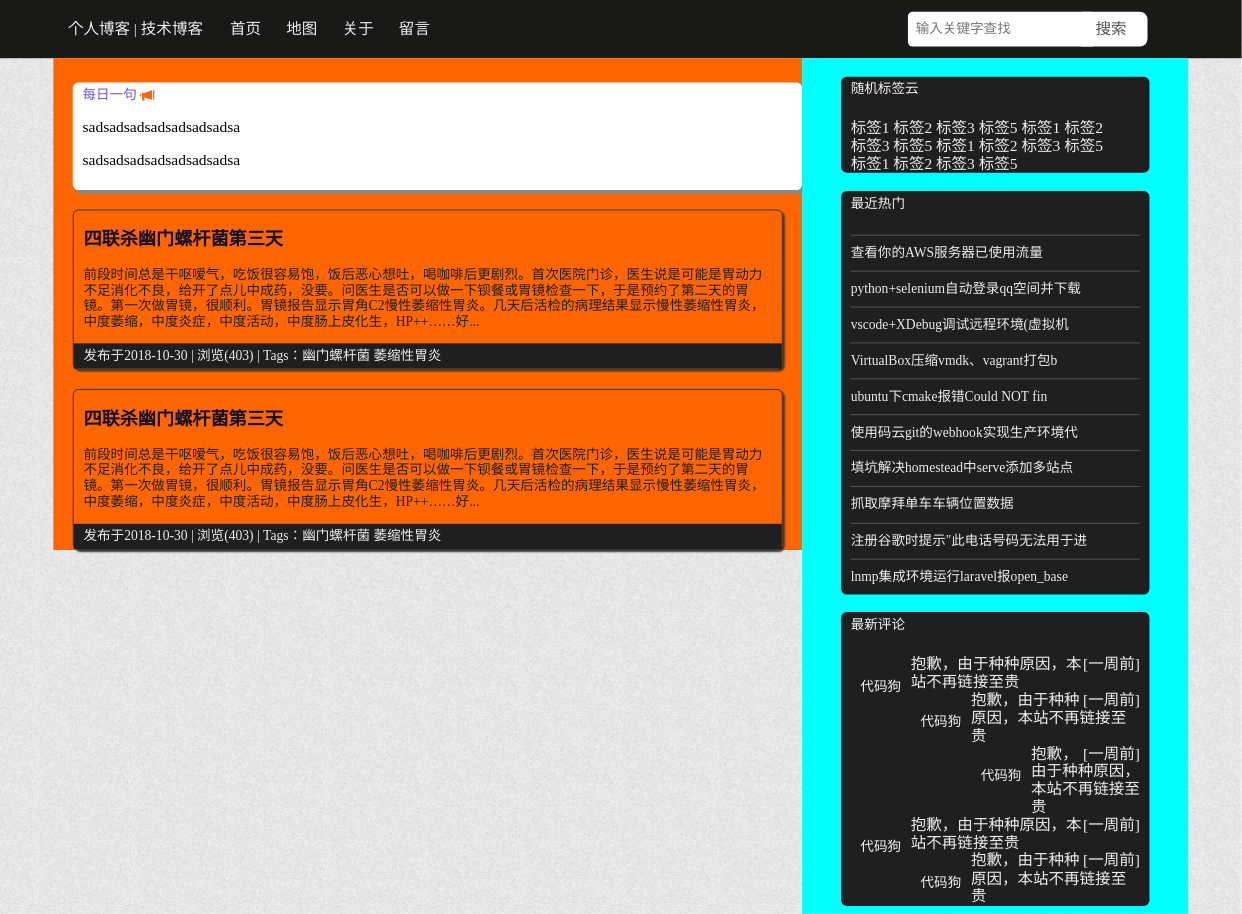
Repository: li1214/my_blog
Page: page/index.html
An editor plug-in stored every save of this project. The page is shown before and after the next save, followed by the edit.
The browser window is 1280 px wide. The pictures show the whole page, at 97% of full size.

Above is the page before, as saved 2019-01-04 11:04:39.

After the next save:
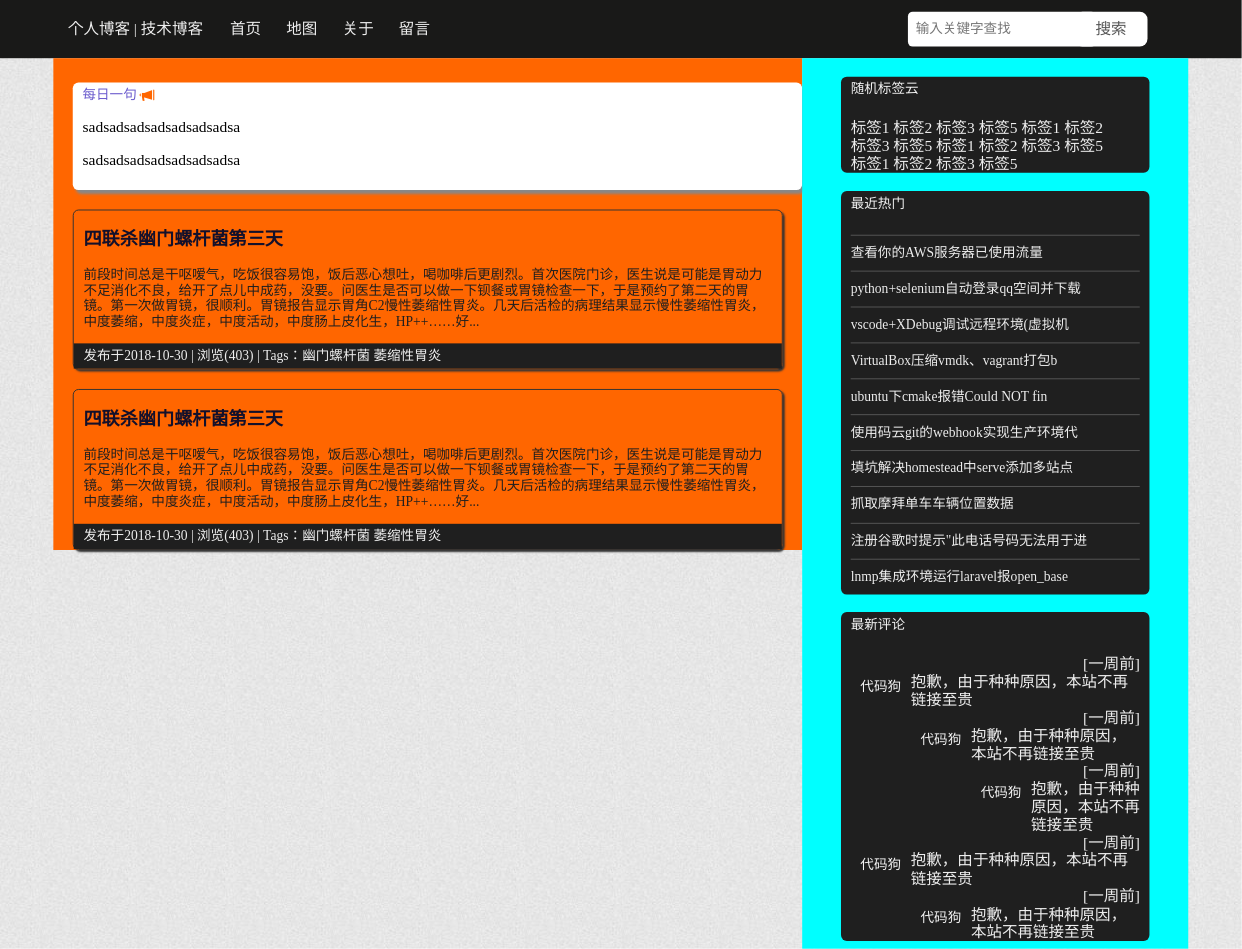
Saved 59 s later.
--- a/page/css/base.css
+++ b/page/css/base.css
@@ -286,6 +286,12 @@
     color: #eee;
     padding: 10px 0;
 }
+.right-box .item .item-title::after{
+    display: inline-block;
+    content: '';
+    clear: both;
+    overflow: hidden;
+}
 .right-box .item .item-title h4{
     float: left;
 }

After the save that followed:
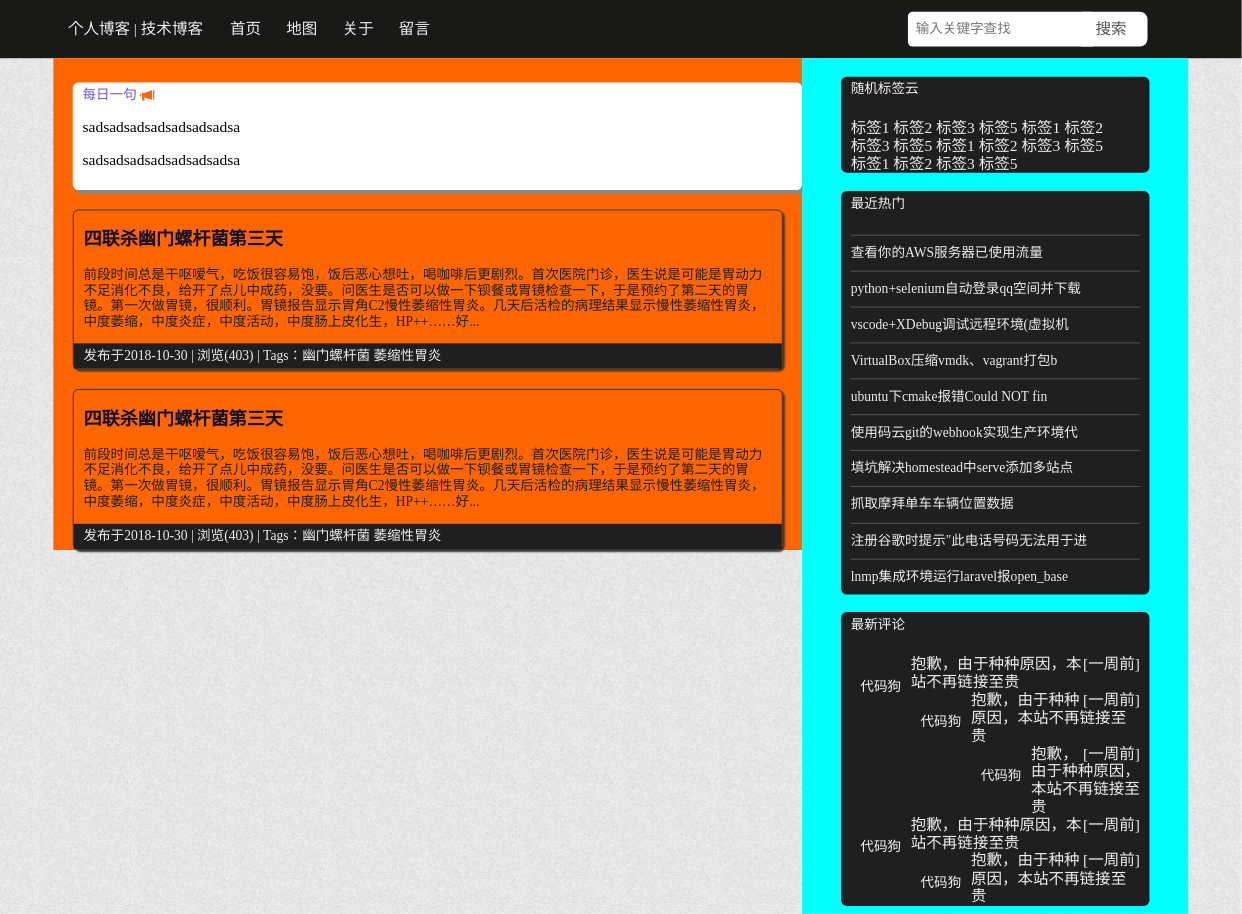
Saved 67 s later.
--- a/page/css/base.css
+++ b/page/css/base.css
@@ -286,12 +286,7 @@
     color: #eee;
     padding: 10px 0;
 }
-.right-box .item .item-title::after{
-    display: inline-block;
-    content: '';
-    clear: both;
-    overflow: hidden;
-}
+.right-box .item{position: relative;}
 .right-box .item .item-title h4{
     float: left;
 }
